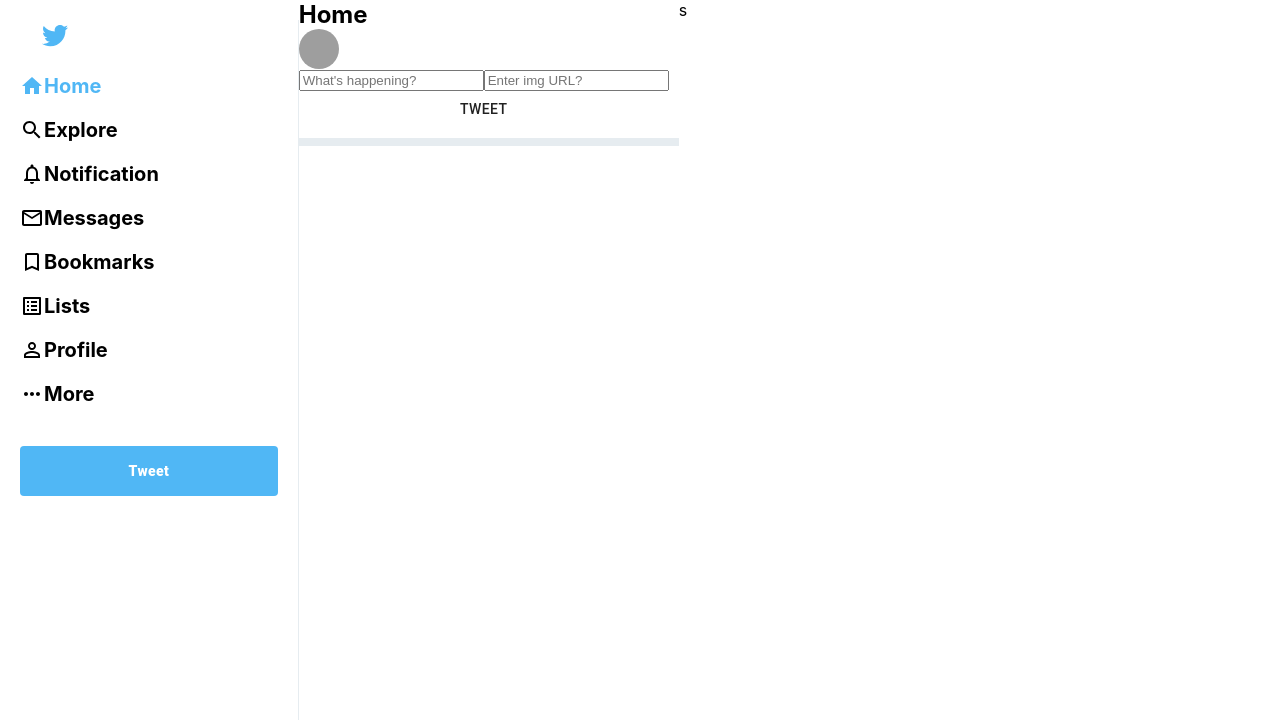
Repository: arafat877/React-Twitter-Clone
Page: /
An editor plug-in stored every save of this project. The page is shown before and after the next save, followed by the edit.
The browser window is 1280 px wide. The pictures show the whole page.
Pictures or frames that could not be fetched are drawn as grey boxes. The project was rebuilt for these pictures with package versions that can differ from the ones it lists, and the page was loaded fresh each time.

Above is the page before, as saved 2020-08-23 02:29:08.

After the next save:
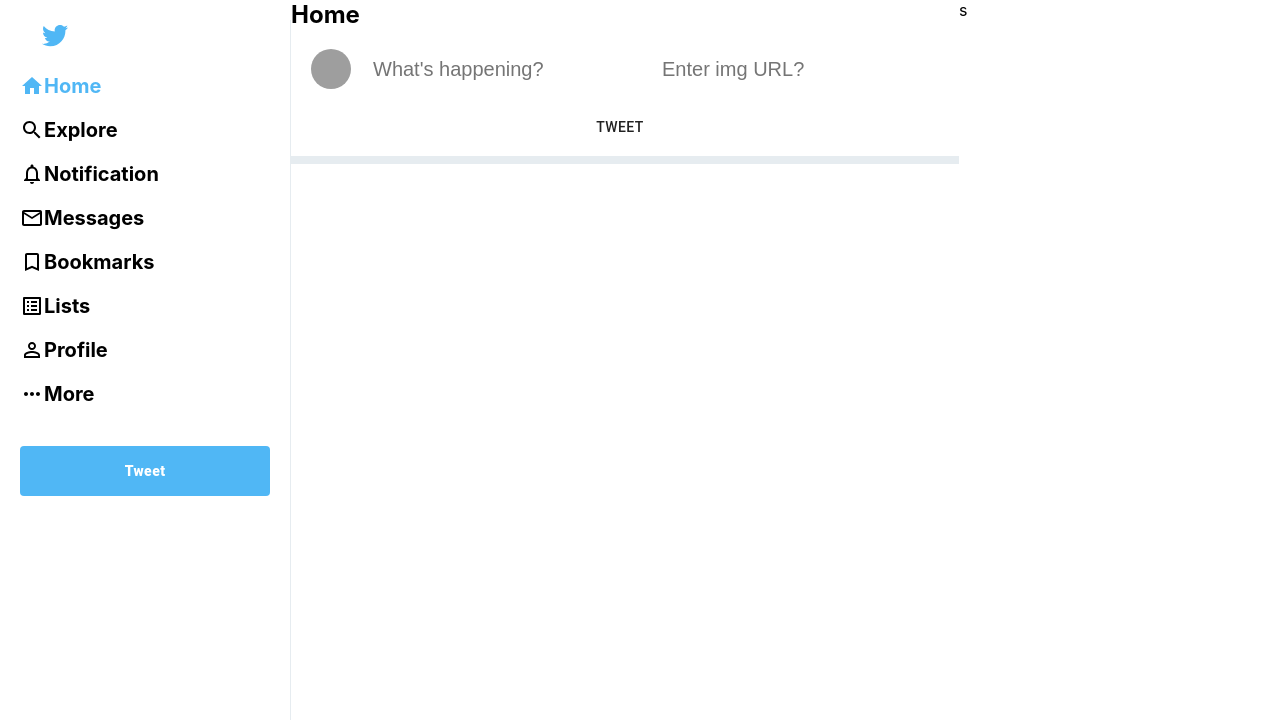
Saved 107 s later.
--- a/src/components/tweetBox/TweetBox.css
+++ b/src/components/tweetBox/TweetBox.css
@@ -8,3 +8,15 @@
   display: flex;
   flex-direction: column;
 }
+
+.tweetBoxInput{
+    display: flex;
+    padding: 20px;
+}
+
+.tweetBoxInput > input{
+    flex: 1;
+    margin-left: 20px;
+    font-size: 20px;
+    border: none;
+}
